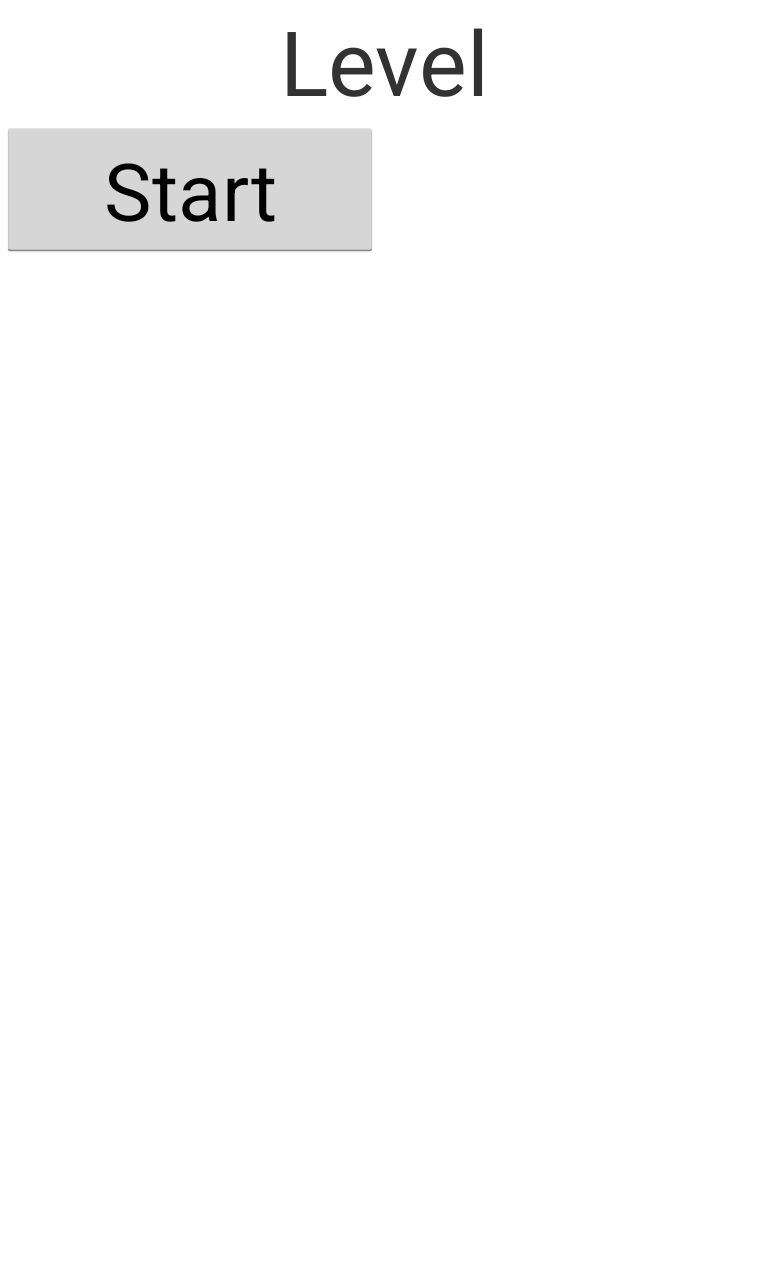
Repository: rupaligarje123/aakash
Layout: androidphotoquiz/FunChem1/photoquiz/res/layout/activity_main.xml
The author's editor kept a copy of each file at every save. The layout is drawn from the files as they stood at one save, then again after the next save.
It is drawn on a 768 x 1280 px phone screen (xhdpi) without system bars, with theme AppTheme; the app's code is not run.

Above is the layout before, as saved 2013-04-18 06:32:40.

### androidphotoquiz/FunChem1/photoquiz/res/layout/activity_main.xml
<?xml version = "1.0" encoding ="utf-8"?>
<LinearLayout xmlns:android="http://schemas.android.com/apk/res/android"
    xmlns:tools="http://schemas.android.com/tools"
    android:layout_width="fill_parent"
    android:layout_height="fill_parent"
    android:orientation="vertical" >

    <TextView
        android:id="@+id/tvDisplay"
        android:layout_width="fill_parent"
        android:layout_height="60sp"
        android:layout_weight="0.00"
        android:gravity="center"
        android:text="@string/hello_world"
        android:textSize="45sp" />

    <Button
        android:id="@+id/bEasy"
        android:layout_width="190dp"
        android:layout_height="wrap_content"
        android:text="@string/string1"
        android:textSize="40sp" />

</LinearLayout>

### androidphotoquiz/FunChem1/photoquiz/res/values/strings.xml
<?xml version="1.0" encoding="utf-8"?>
<resources>

    <string name="app_name">FunChem</string>
    <string name="action_settings">Settings</string>
    <string name="hello_world">Level</string>
    <string name="Result">Select answer</string>
    <string name="string1">Start</string>

</resources>

Loaded but not shown: androidphotoquiz/FunChem1/photoquiz/res/values/styles.xml (common file); androidphotoquiz/FunChem1/photoquiz/res/values-v11/styles.xml (common file); androidphotoquiz/FunChem1/photoquiz/res/values-v14/styles.xml (common file)

After the next save:
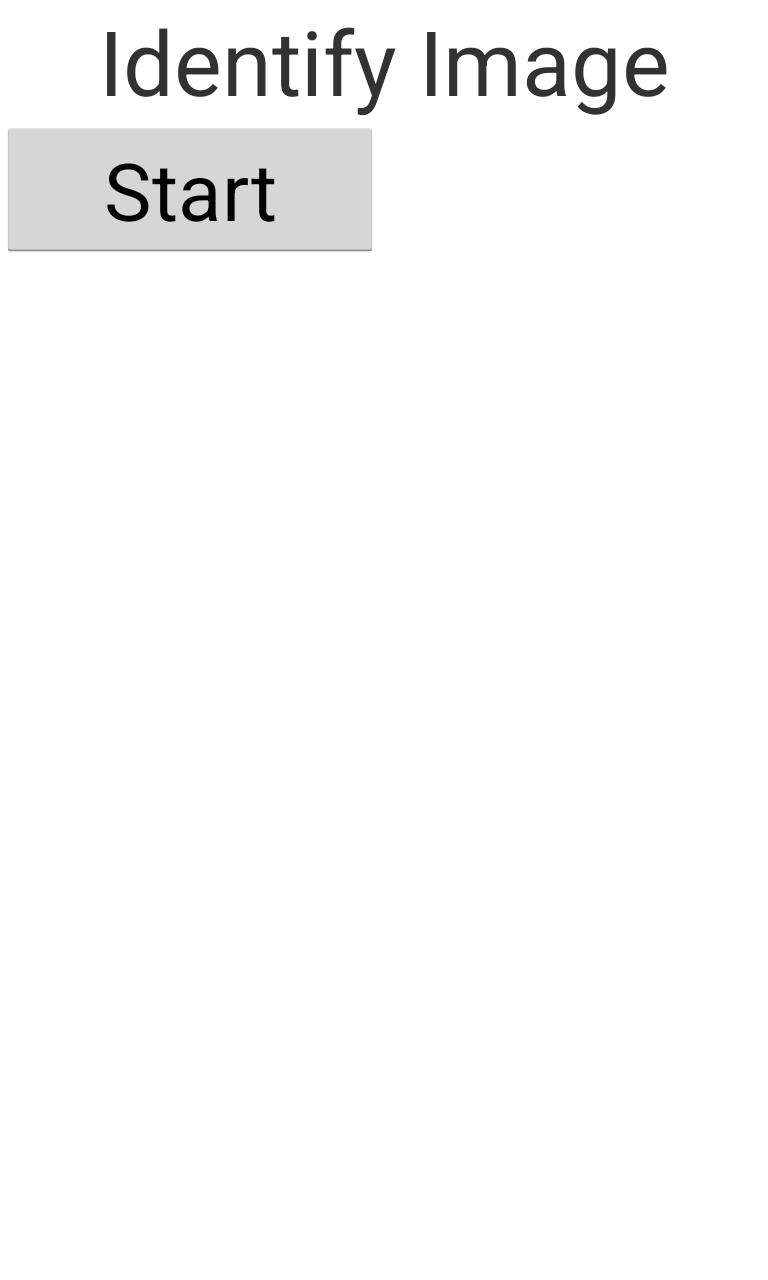
Saved 18 s later.
--- a/androidphotoquiz/FunChem1/photoquiz/res/values/strings.xml
+++ b/androidphotoquiz/FunChem1/photoquiz/res/values/strings.xml
@@ -3,7 +3,7 @@
 
     <string name="app_name">FunChem</string>
     <string name="action_settings">Settings</string>
-    <string name="hello_world">Level</string>
+    <string name="hello_world">Identify Image</string>
     <string name="Result">Select answer</string>
     <string name="string1">Start</string>
 
